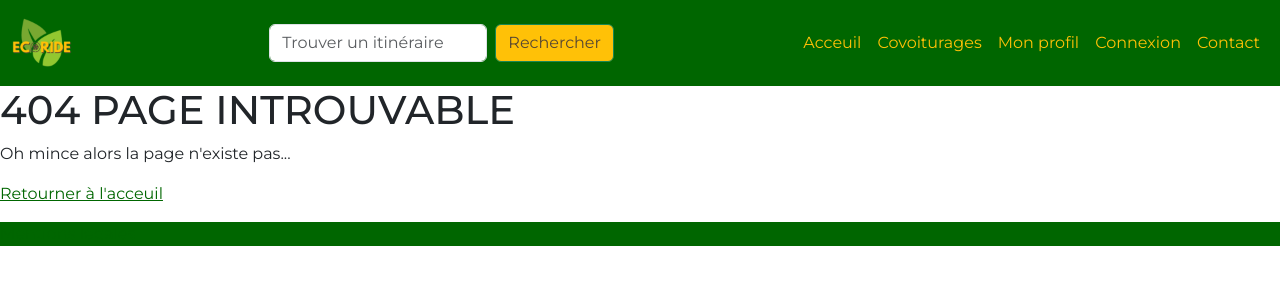
Repository: lemonhao9/ECF
Page: index.html
These files come from the project's save history. The page is drawn as it stood at one moment and after the next save; the edit follows.
The browser window is 1280 px wide. The pictures show the whole page.
Some web fonts or font styles are not loaded; a fallback is used. The style sheet was rebuilt from its Sass, Less or Tailwind sources for each picture, by a compiler version that may differ from the author's.

Above is the page before, as saved 2025-02-11 14:48:59.

After the next save:
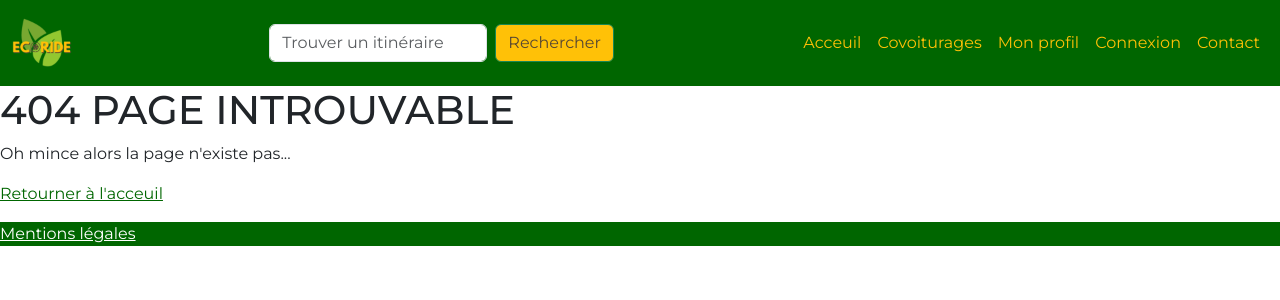
Saved 60 s later.
--- a/index.html
+++ b/index.html
@@ -52,7 +52,7 @@
         <!-- Injection du contenu des différentes pages-->
     </main>
     <footer class="bg-primary lh-56px">
-        <a href="#">Mentions légales</a>
+        <a href="#" class="text-white">Mentions légales</a>
         <a href="mailto:Ecoride@contact.com"></a>
     </footer>
 
